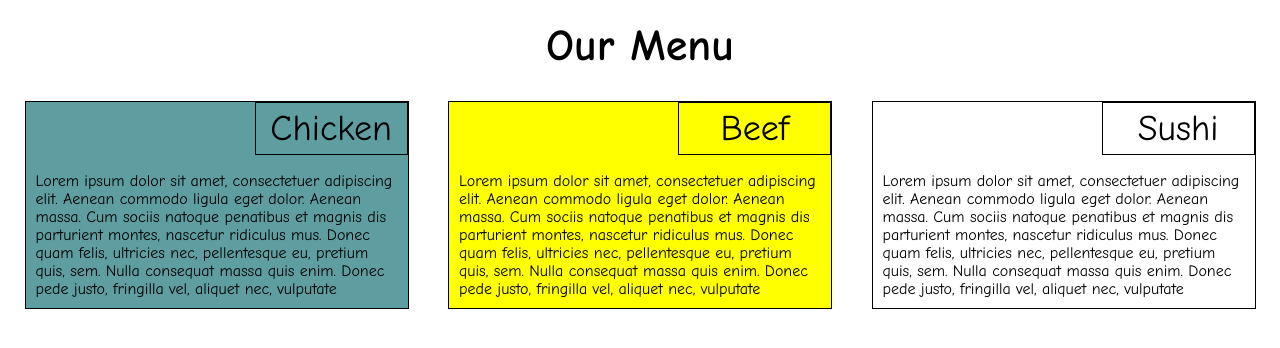
Repository: Normandy72/module2-solution
Page: index.html
An editor plug-in stored every save of this project. The page is shown before and after a run of saves, followed by the edit.
The browser window is 1280 px wide. The pictures show the whole page.

Above is the page before, as saved 2022-12-05 15:14:12.

### index.html
<!DOCTYPE html>
<html lang="en">
<head>
    <meta charset="UTF-8">
    <meta http-equiv="X-UA-Compatible" content="IE=edge">
    <meta name="viewport" content="width=device-width, initial-scale=1.0">
    <title>Our menu</title>
    <link href="https://fonts.googleapis.com/css2?family=Comic+Neue:ital,wght@0,300;0,400;0,700;1,300;1,400;1,700&family=Roboto:ital,wght@0,100;0,300;0,400;0,500;0,700;0,900;1,100;1,300;1,400;1,500;1,700;1,900&display=swap" rel="stylesheet">
    <link rel="stylesheet" href="styles/style.css">
</head>
<body>
    <h1>Our Menu</h1>
    <div class="wrapper">
        <div class="card">
            <div class="card__name">Chicken</div>
            <p class="card__text">Lorem ipsum dolor sit amet, consectetuer adipiscing elit. Aenean commodo ligula eget dolor. Aenean massa. Cum sociis natoque penatibus et magnis dis parturient montes, nascetur ridiculus mus. Donec quam felis, ultricies nec, pellentesque eu, pretium quis, sem. Nulla consequat massa quis enim. Donec pede justo, fringilla vel, aliquet nec, vulputate</p>
        </div>
        <div class="card">
            <div class="card__name">Beef</div>
            <p class="card__text">Lorem ipsum dolor sit amet, consectetuer adipiscing elit. Aenean commodo ligula eget dolor. Aenean massa. Cum sociis natoque penatibus et magnis dis parturient montes, nascetur ridiculus mus. Donec quam felis, ultricies nec, pellentesque eu, pretium quis, sem. Nulla consequat massa quis enim. Donec pede justo, fringilla vel, aliquet nec, vulputate</p>
        </div>
        <div class="card">
            <div class="card__name">Sushi</div>
            <p class="card__text">Lorem ipsum dolor sit amet, consectetuer adipiscing elit. Aenean commodo ligula eget dolor. Aenean massa. Cum sociis natoque penatibus et magnis dis parturient montes, nascetur ridiculus mus. Donec quam felis, ultricies nec, pellentesque eu, pretium quis, sem. Nulla consequat massa quis enim. Donec pede justo, fringilla vel, aliquet nec, vulputate</p>
        </div>
    </div>
</body>
</html>

### styles/style.css
*{
    font-family: 'Comic Neue', cursive;
    font-size: 10px;

    margin: 0;
    padding: 0;
    box-sizing: border-box;
}

h1{
    font-size: 4.4rem;
    text-align: center;

    padding-top: 20px;
    padding-bottom: 30px;
}

.wrapper{
    display: flex;
    justify-content: space-evenly;
}

.card{
    width: 30%;
    margin: 0 15px 30px;
    position: relative;
    border: 1px solid black;
}

.card__name{
    border: 1px solid black;
    font-size: 3.6rem;
    padding: 5px;
    text-align: center;
    width: 40%;
    position: absolute;
    top: 0;
    right: 0;
}

.card__text{
    font-size: 1.6rem;
    padding: 70px 10px 10px;
}

.card:nth-child(1){
    background-color: cadetblue;
}

.card:nth-child(2){
    background-color: yellow;
}

After the next 2 saves:
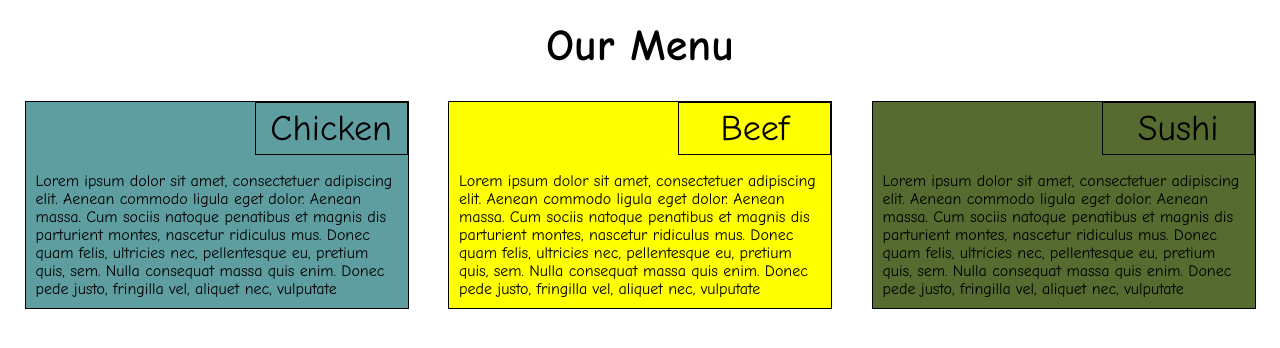
The 2 saves are shown as one change because they came seconds apart.
The last was saved 27 s later.
--- a/styles/style.css
+++ b/styles/style.css
@@ -50,3 +50,7 @@ h1{
 .card:nth-child(2){
     background-color: yellow;
 }
+
+.card:nth-child(3){
+    background-color: darkolivegreen    ;
+}
